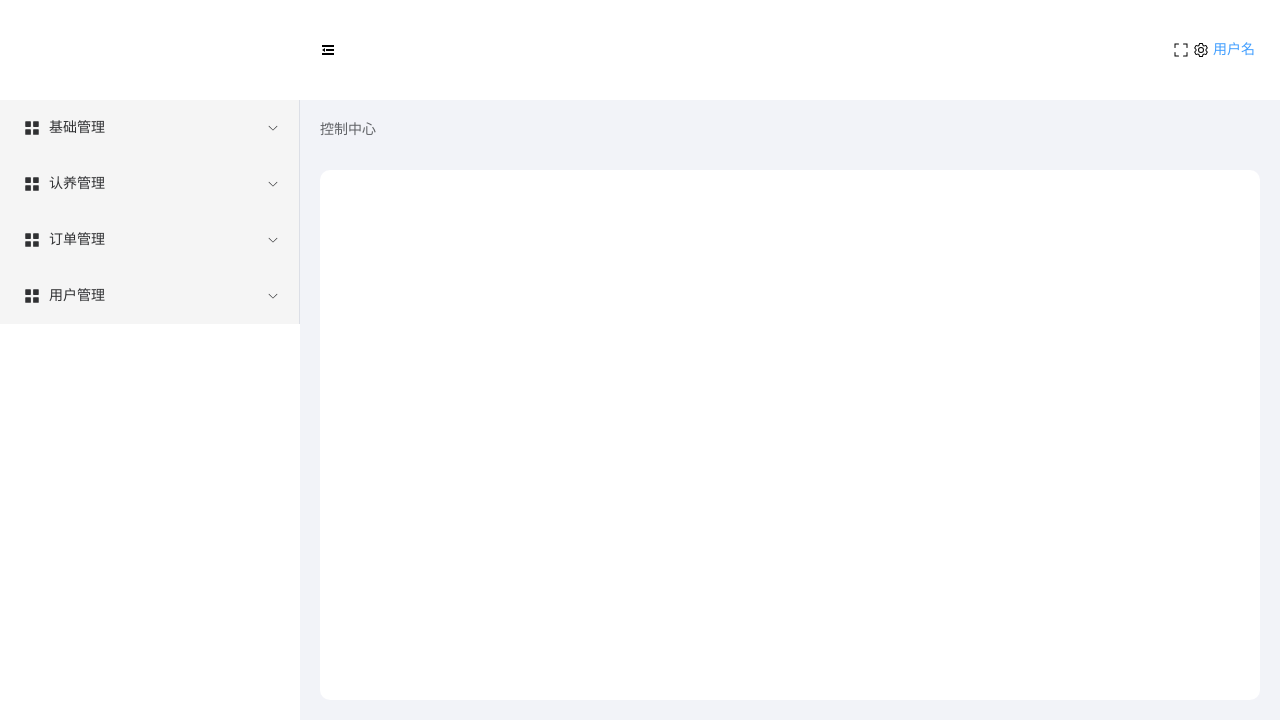
Repository: secret47/test-office-demo
Page: /dashboard
The author's editor kept a copy of each file at every save. The page is drawn from the files as they stood at one save, then again after the next save.
The browser window is 1280 px wide. The pictures show the whole page.
The project was rebuilt for these pictures with package versions that can differ from the ones it lists, and the page was loaded fresh each time. Also part of the build but not shown: vite.config.js.

Above is the page before, as saved 2024-10-31 17:38:04.

### src/main.js
import { createApp } from 'vue';
import '@/style/main.scss';
import App from './App.vue';
import router from './router';
import lang from "./local";
// 正确导入和创建Pinia实例的方式
import { createPinia } from 'pinia';
const pinia = createPinia();

import ElementPlus from "element-plus";
import 'element-plus/dist/index.css';
import * as ElementPlusIconsVue from '@element-plus/icons-vue';

const app = createApp(App);

for (const [key, component] of Object.entries(ElementPlusIconsVue)) {
    app.component(key, component);
}

app.use(lang);
app.use(ElementPlus);
// 使用创建好的Pinia实例
app.use(pinia);
app.use(router);

app.mount('#app');

### src/style/main.scss
* {
    padding: 0;
    margin: 0;
}

html,
body {
    width: 100%;
    height: 100%;
    background: #ffffff;
}

#app {
    width: 100%;
    height: 100%;
}

.main-container {
    width: 100%;
    height: 100%;
}

//顶部搜索
.searchBox {
    width: calc(95% - 30px);
    height: 70px;
    margin: 0 auto;
    padding: 15px;
    display: flex;
    flex-direction: column;
    justify-content: center;

    .new {
        width: 130px;
    }
    .item{
        width:350px;
    }
}

.list {
    width: 95%;
    height: calc(100% - 100px);
    margin: 0 auto;

    .tables {
        width: 100%;
        height: calc(100% - 50px);
    }

    .pages {
        width: 100%;
        height: 50px;
        display: flex;
        flex-direction: column;
        justify-content: center;

    }
}

### src/App.vue
<template>
  <!-- <div> -->
    <router-view />
  <!-- </div> -->
</template>

### src/router/index.js
import { createRouter, createWebHistory } from 'vue-router';
import layouts from "../layouts/index.vue";
import { useAppStore } from '../store/module/app';

const routes = [
    {
        path: '/login',
        name: 'Login',
        component: () => import('@/views/login.vue'),
    },
    // 其他路由...
    {
        path: "/dashboard",
        name: "Dashboard",
        component: layouts,
        meta: {
            title: "控制中心"
        },
        children: [
            {
                path: "basic",
                name: "Basic",
                meta: {
                    title: "基础管理"
                },
                component: () => import("@/views/dashboard/basic/index.vue"),
                children: [
                    {
                        path: "farm",
                        name: "farm",
                        meta: {
                            title: "蜂场管理"
                        },
                        component: () => import("@/views/dashboard/basic/farm/index.vue"),
                    }
                ]

            },
            {
                path: "adopt",
                name: "Adopt",
                meta: {
                    title: "认养管理"
                },
                component: () => import("@/views/dashboard/adopt/index.vue"),
                children: [
                    {
                        path: "price",
                        name: "Price",
                        meta: {
                            title: "价格管理"
                        },
                        component: () => import("@/views/dashboard/adopt/price/index.vue"),
                    }
                ]
            },
            {
                path: "order",
                name: "Order",
                meta: {
                    title: "订单管理"
                },
                component: () => import("@/views/dashboard/order/index.vue"),
                children: [
                    {
                        path: "list",
                        name: "OrderList",
                        meta: {
                            title: "订单列表"
                        },
                        component: () => import("@/views/dashboard/order/list/index.vue"),
                    }
                ]
            },
            {
                path: "user",
                name: "User",
                meta: {
                    title: "用户管理"
                },
                component: () => import("@/views/dashboard/user/index.vue"),
            },

        ]
    }
];

const router = createRouter({
    history: createWebHistory(),
    routes
});



// 全局前置路由守卫
router.beforeEach((to, from, next) => {
    const appStore = useAppStore();
    appStore.updateBreadcrumbList(to);
    next();
});


export default router;

### src/local/index.js
import { createI18n } from "vue-i18n";

import message from "./language"
const i18n = createI18n({
    locale: "zh",
    fallbackLocale: "zh",
    messages: message
})

export default i18n;

### src/layouts/index.vue
<template>
    <div class="layout">
        <el-container>
            <el-aside class="side">
                <div class="logo"></div>
                <MenuComponent/>
            </el-aside>
            <el-container class="container">
                <el-header>
                    <HeaderComponent></HeaderComponent>
                </el-header>
                <el-main>
                    <div class="bread">
                        <!-- <el-breadcrumb separator="/">
                            <el-breadcrumb-item :to="{ path: '/' }">控制台</el-breadcrumb-item>
                            <el-breadcrumb-item><a href="/">基础管理</a></el-breadcrumb-item>
                            <el-breadcrumb-item>蜂场管理</el-breadcrumb-item>
                        </el-breadcrumb> -->
                        <breadcrumb></breadcrumb>
                    </div>
                    <div class="main">
                        <router-view></router-view>
                    </div>
                </el-main>
            </el-container>
        </el-container>
    </div>
</template>

<script setup>
import MenuComponent from "./components/menu.vue"
import HeaderComponent from "./components/header.vue"
import breadcrumb from "./components/breadcrumb.vue";
import { ref } from 'vue';
const isCollapse = ref(false);

const menuRef = ref(null);
const toggleCollapse = () => {
    isCollapse.value = !isCollapse.value;
};
</script>

<style lang="scss" scoped>
.layout {
    width: 100%;
    height: 100%;

    .el-container {
        width: 100%;
        height: 100%;
    }

    .side {
        height: 100%;
        transition: width 0.3s;
        .logo {
            width: 100%;
            height: 100px;
        }
    }

    .container {
        height: 100%;

        .el-header {
            width: 100%;
            height: 100px;
            background: #ffffff;
        }

        .el-main {
            background: #F2F3F8;
            padding-top: 0;
            .bread {
                width: 100%;
                height: 70px;
                display: flex;
                flex-direction: column;
                justify-content: center;
            }

            .main {
                width: 100%;
                height: calc(100% - 70px);
                background: #ffffff;
                border-radius: 10px;
            }
        }
    }
}
</style>

### src/store/module/app.js
import { defineStore } from "pinia"
import { useRouter } from "vue-router"




export const useAppStore = defineStore('app',{
    state:()=>({
        isMenuCollapsed: false,
        sidebarWidth:300,
        breadcrumbList:[],//面包屑列表，为路由对象

    }),
    actions:{
        toggleMenu(){

            this.isMenuCollapsed = !this.isMenuCollapsed
            if(this.isMenuCollapsed){
                console.log("收缩")
                this.sidebarWidth = 60
            }else{
                console.log("展开")
                this.sidebarWidth = 300;
            }
        },
        //保存面包屑
        updateBreadcrumbList(route){
            this.breadcrumbList = [];
            let currentRoute = route;
            while (currentRoute) {
                // 获取当前路由在路由表中的完整信息，包括meta等
                const router = useRouter()
                const fullRouteInfo = router.options.routes.find(r => r.path === currentRoute.path);
                if (fullRouteInfo) {
                    this.breadcrumbList.unshift({
                        path: fullRouteInfo.path,
                        meta: fullRouteInfo.meta,
                        name: fullRouteInfo.name,
                        // 可以根据需要添加更多的路由属性，比如组件等
                        component: fullRouteInfo.component
                    });
                }
                currentRoute = currentRoute.parent;
            }
        }
    }
})

### src/local/language/index.js
import zh from "./zh"
import en from "./en"

export default {
    ...en,
    ...zh
}

### src/layouts/components/menu.vue
<template>
    <el-menu class="menu" :collapse="appStore.isMenuCollapsed" :style="{ width: appStore.sidebarWidth + 'px' }">
        <!-- 遍历筛选后的路由，生成侧边栏菜单 -->
        <el-sub-menu :index="item.name" v-for="(item, index) in filteredRoutes" :key="item.name">
            <template #title>
                <MenuTitle :text="item.meta.title" />
            </template>
            <!-- 遍历当前一级路由的子路由，作为二级菜单 -->
            <el-menu-item :index="subItem.name" v-for="(subItem, subIndex) in item.children" :key="subItem.name" @click="handleMenuItemClick(subItem)">
                <template #title>
                    <MenuTitle :text="subItem.meta.title" />
                </template>
                <!-- 如果二级路由还有子路由，继续遍历作为三级菜单 -->
                <el-sub-menu v-if="subItem.children && subItem.children.length > 0" :index="subItem.name + '_sub'" :key="subItem.name + '_sub'" @click="handleMenuItemClick(subItem)">
                    <template #title>
                        <MenuTitle :text="subItem.meta.title +'(展开)' " />
                    </template>
                    <el-menu-item :index="subSubItem.name" v-for="(subSubItem, subSubIndex) in subItem.children" :key="subSubItem.name" @click="handleMenuItemClick(subSubItem)">
                        <template #title>
                            <MenuTitle :text="subSubItem.meta.title" />
                        </template>
                    </el-menu-item>
                </el-sub-menu>
            </el-menu-item>
        </el-sub-menu>
    </el-menu>
</template>

<script setup>
import { ref } from "vue";
import { useAppStore } from '@/store/module/app';
import MenuTitle from './MenuTitle.vue';
import { useRouter, useRoute } from 'vue-router';

const appStore = useAppStore();
const router = useRouter();

// 筛选出需要在侧边栏显示的路由（有子路由且meta中有title）
const filteredRoutes = ref(router.options.routes.find(route => route.path === "/dashboard").children.filter(childRoute => childRoute.meta && childRoute.meta.title));
console.log(router.options);


const handleMenuItemClick = (route) => {
    router.push({
        name:route.name
    });
};
</script>

<style lang="scss" scoped>
.menu {
    background-color: #f5f5f5;
    transition: width 0.3s ease;
}

.menu.collapsed {
    border-right: 0;
    justify-content: center;
}
</style>

### src/layouts/components/header.vue
<template>
    <div class="header">
        <div class="collapseIcon">
            <el-icon style="cursor: pointer;" @click="toggleMenu">
                <Expand v-if="appStore.isMenuCollapsed" />
                <Fold v-else />

            </el-icon>
        </div>
        <div class="user">
            <el-icon>
                <FullScreen />
            </el-icon>
            &nbsp;
            <el-icon>
                <Setting />
            </el-icon>
            &nbsp;
            <el-dropdown trigger="click" @command="handleCommand">
                <span class="el-dropdown-link">
                    <i class="el-icon-user"></i>
                    {{ username }}
                    <i class="el-icon-arrow-down el-icon--right"></i>
                </span>
                <template #dropdown>
                    <el-dropdown-menu>
                        <el-dropdown-item command="userCenter">个人中心</el-dropdown-item>
                        <el-dropdown-item command="logout">退出登录</el-dropdown-item>
                    </el-dropdown-menu>
                </template>
            </el-dropdown>

        </div>
    </div>
</template>

<script setup>
import { ref } from 'vue';
import { ElMessage } from 'element-plus';
import { useAppStore } from '@/store/module/app';


const username = ref('用户名'); // 这里应该从后端获取真实的用户名

const appStore = useAppStore();


const toggleMenu = () => {
    console.log(appStore, "---")
    appStore.toggleMenu();
};

const handleCommand = (command) => {
    if (command === 'logout') {
        // 执行退出操作
        ElMessage.success('退出成功');
        // 这里可以添加跳转到登录页面的逻辑
    } else if (command === 'userCenter') {
        // 跳转到个人中心页面
        ElMessage.info('跳转到个人中心');
        // 这里可以添加跳转逻辑
    }
};
</script>

<style lang="scss" scoped>
.header {
    display: flex;
}

.el-dropdown-link {
    cursor: pointer;
    color: #409EFF;
}


.collapseIcon {
    width: 100px;
    height: 100px;
    display: flex;
    // justify-content: center;
    /* 水平居中 */
    align-items: center;
    /* 垂直居中 */
}

.user {
    margin-left: auto;
    display: flex;
    /* 水平居中 */
    align-items: center;
}
</style>

### src/layouts/components/breadcrumb.vue
<template>
    <el-breadcrumb class="breadcrumb">
        <el-breadcrumb-item v-for="(breadcrumb, index) in appStore.breadcrumbList" :key="index" :to="{ path: breadcrumb.path }">
            {{ breadcrumb.meta.title }}
        </el-breadcrumb-item>
    </el-breadcrumb>
</template>

<script setup>
import { useAppStore } from '@/store/module/app';

const appStore = useAppStore();
</script>

<style lang="scss" scoped>
.breadcrumb {
    margin-bottom: 10px;
}
</style>

### src/local/language/zh.js
export default{
    zh:{
        title:"后台管理系统",
        login:"登录",
        username:"用户名",
        password:"密码",
        remember:"记住密码",
        forget:"忘记密码",
        save:"保存",
        confirm:"确定",
        cancel:"取消",
        delete:"删除",
        show:"查看",
        open:"打开",
        usernameRull:"请输入用户名",
        passwordRull:"请输入密码"
    }
}

### src/local/language/en.js
export default {
    en: {
        title: "system management",
        usernameRull: "Please enter your username",
        passwordRull: "Please enter your password"
    }
}

### src/layouts/components/MenuTitle.vue
<template>
    <span class="menu-title">
        <el-icon class="menu-icon"><icon-menu /></el-icon>
        <span v-if="!isCollapsed">{{ text }}</span>
    </span>
</template>

<script setup>
import { computed } from 'vue';
import { Menu as IconMenu } from '@element-plus/icons-vue';
import { useAppStore } from '@/store/module/app';

const { isMenuCollapsed } = useAppStore();
const props = defineProps({
    text: {
        type: String,
        required: true
    }
});

const isCollapsed = computed(() => isMenuCollapsed.value);
</script>

<style scoped>
.menu-title {
    display: flex;
    align-items: center;
}

.menu-icon {
    min-width: 20px;
    margin-right: 5px;
}

.menu-title.collapsed {
    justify-content: center;
}
</style>

Loaded but not shown: index.html (common file)

After the next save:
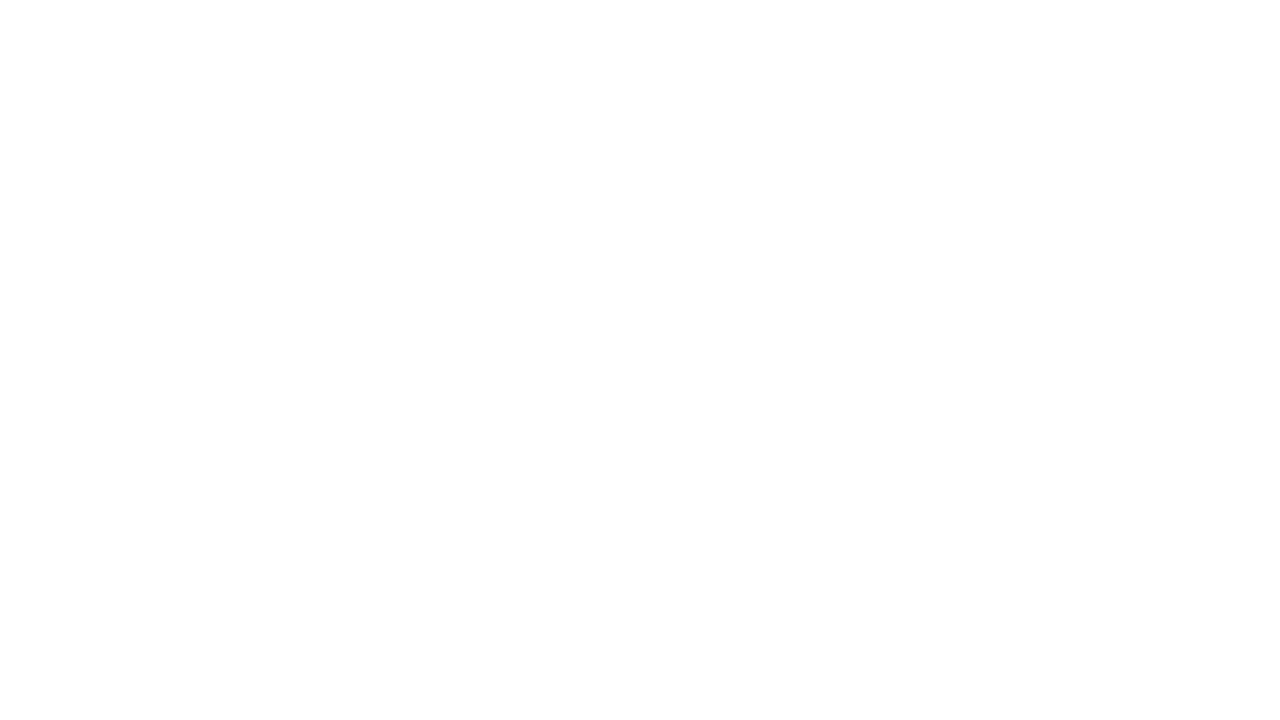
Saved 9 s later.
--- a/src/store/module/app.js
+++ b/src/store/module/app.js
@@ -2,7 +2,7 @@
 import { useRouter } from "vue-router"
 
 
-
+const router = useRouter();
 
 export const useAppStore = defineStore('app',{
     state:()=>({
@@ -29,7 +29,6 @@
             let currentRoute = route;
             while (currentRoute) {
                 // 获取当前路由在路由表中的完整信息，包括meta等
-                const router = useRouter()
                 const fullRouteInfo = router.options.routes.find(r => r.path === currentRoute.path);
                 if (fullRouteInfo) {
                     this.breadcrumbList.unshift({

After the 4 saves that followed:
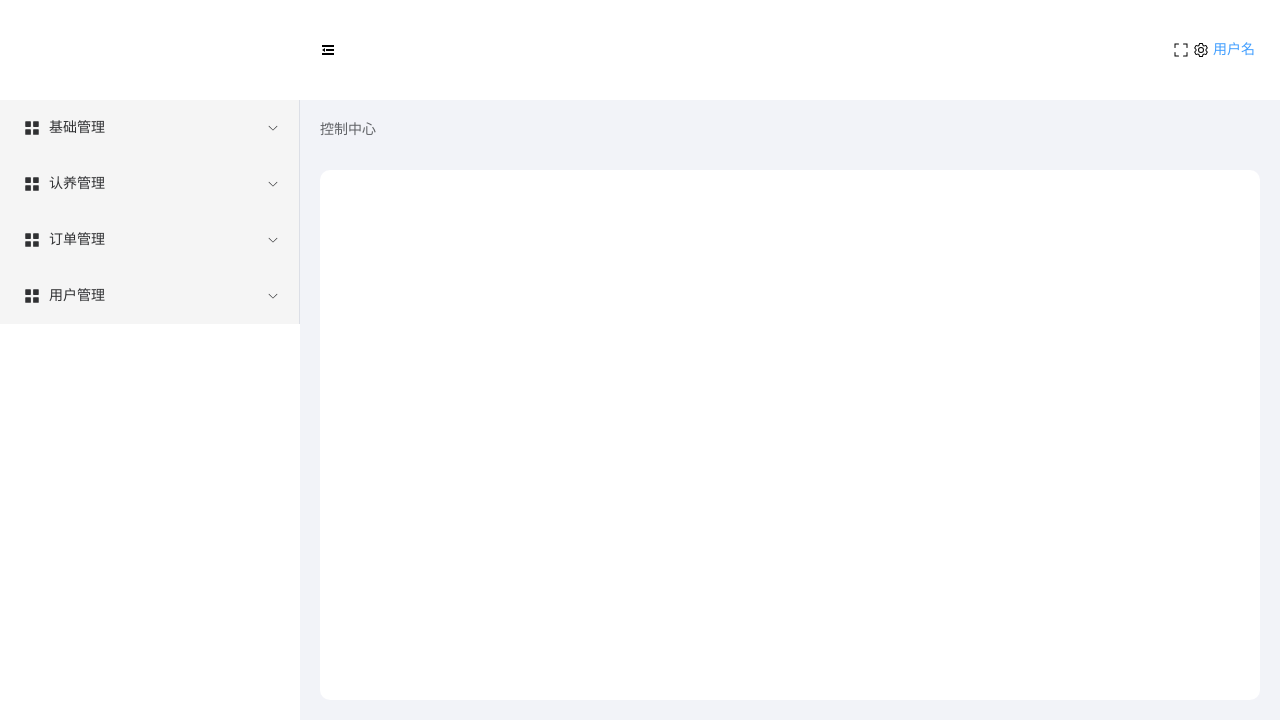
The 4 saves are shown as one change because 2 left the picture as it was and some came seconds apart.
The last was saved 4 min 4 s later.
--- a/src/store/module/app.js
+++ b/src/store/module/app.js
@@ -2,40 +2,40 @@
 import { useRouter } from "vue-router"
 
 
-const router = useRouter();
 
-export const useAppStore = defineStore('app',{
-    state:()=>({
+
+export const useAppStore = defineStore('app', {
+    state: () => ({
         isMenuCollapsed: false,
-        sidebarWidth:300,
-        breadcrumbList:[],//面包屑列表，为路由对象
+        sidebarWidth: 300,
+        breadcrumbList: [],//面包屑列表，为路由对象
 
     }),
-    actions:{
-        toggleMenu(){
+    actions: {
+        toggleMenu() {
 
             this.isMenuCollapsed = !this.isMenuCollapsed
-            if(this.isMenuCollapsed){
+            if (this.isMenuCollapsed) {
                 console.log("收缩")
                 this.sidebarWidth = 60
-            }else{
+            } else {
                 console.log("展开")
                 this.sidebarWidth = 300;
             }
         },
         //保存面包屑
-        updateBreadcrumbList(route){
+        updateBreadcrumbList(route) {
             this.breadcrumbList = [];
             let currentRoute = route;
+            const router = useRouter();
             while (currentRoute) {
-                // 获取当前路由在路由表中的完整信息，包括meta等
+                console.log(router,"--")
                 const fullRouteInfo = router.options.routes.find(r => r.path === currentRoute.path);
                 if (fullRouteInfo) {
                     this.breadcrumbList.unshift({
                         path: fullRouteInfo.path,
                         meta: fullRouteInfo.meta,
                         name: fullRouteInfo.name,
-                        // 可以根据需要添加更多的路由属性，比如组件等
                         component: fullRouteInfo.component
                     });
                 }
